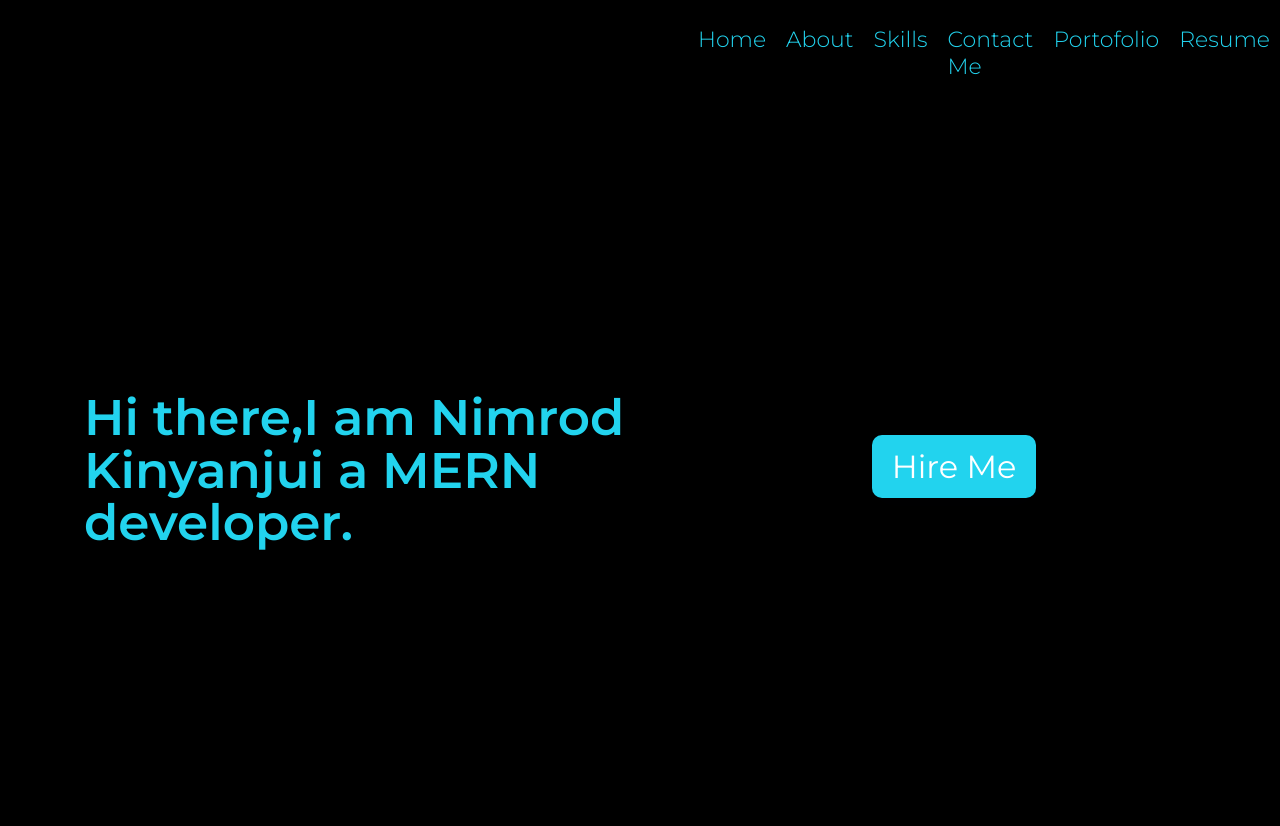
Repository: dev-nimrod009/dev-nimrod009
Page: / (app in my-own-portofolio/)
These files come from the project's save history. The page is drawn as it stood at one moment and after the next save; the edit follows.
The browser window is 1280 px wide. The pictures show the whole page.
The project was rebuilt for these pictures with package versions that can differ from the ones it lists, and the page was loaded fresh each time. Also part of the build but not shown: my-own-portofolio/vite.config.ts, my-own-portofolio/src/App.css, my-own-portofolio/src/components/headName/styles.scss, my-own-portofolio/src/components/headName/headName.tsx, my-own-portofolio/src/components/skillpage/styles.scss, my-own-portofolio/src/components/skillpage/index.tsx, my-own-portofolio/src/components/contacts/styles.scss, my-own-portofolio/src/components/contacts/index.tsx and 6 more.

Above is the page before, as saved 2025-11-24 12:21:29.

### my-own-portofolio/index.html
<!DOCTYPE html>
<html lang="en">
  <head>
    <meta charset="UTF-8" />
    <link rel="icon" type="image/svg+xml" href="/vite.svg" />
    <link rel="preconnect" href="https://fonts.googleapis.com" />
    <link rel="preconnect" href="https://fonts.gstatic.com" crossorigin />
    <link
      href="https://fonts.googleapis.com/css2?family=Montserrat:ital,wght@0,100..900;1,100..900&display=swap"
      rel="stylesheet"
    />
    <meta name="viewport" content="width=device-width, initial-scale=1.0" />
    <title>my-own-portofolio</title>
  </head>
  <body>
    <div id="root"></div>
    <script type="module" src="/src/main.tsx"></script>
  </body>
</html>

### my-own-portofolio/src/index.css
:root {

  --color-primary: #22D3EE;
  --color-secondary: #4FB4FF;
  --color-background: #000000;
  --color-text: #ffffff;
  --color-text-secondary: #eeeeee;
  --color-accent-cyan: #22D3EE;
  --button-color: #22D3EE;
  font-synthesis: none;
  text-rendering: optimizeLegibility;
  -webkit-font-smoothing: antialiased;
  -moz-osx-font-smoothing: grayscale;
}



body {
  margin: 0;
  display: flex;
  place-items: center;
  min-width: 320px;
  min-height: 100vh;
  background-color: #000000;
  font-family: "Montserrat", sans-serif;
  font-optical-sizing: auto;
  font-weight: 400;
  font-style: normal;
}

h1 {
  font-size: 3.2em;
  line-height: 1.1;
}

### my-own-portofolio/src/App.tsx
import { BrowserRouter, Routes, Route } from "react-router-dom";
import "./App.css";
import NavBar from "./components/navBar";
import Home from "./components/HomePage/index.js";
import MySkills from "./components/skillpage/index.js";
import MyContacts from "./components/contacts/index.js";
import Resume from "./components/resume/index.js";
import Portofolio from "./components/portofolio/index.js";
import AboutMe from "./components/aboutme/index.js";

function App() {
  return (
    <div className="main_app_container">
      <BrowserRouter>
        <div className="nav_app_bar">
          <NavBar />
        </div>
        <div className="container_app">
          <Routes>
            <Route path="/" element={<Home />} />
            <Route path="/skills" element={<MySkills />} />
            <Route path="/contactme" element={<MyContacts />} />
            <Route path="/resume" element={<Resume />} />
            <Route path="/portofolio" element={<Portofolio />} />
            <Route path="/about" element={<AboutMe />} />
          </Routes>
        </div>
      </BrowserRouter>
    </div>
  );
}

export default App;

### my-own-portofolio/src/components/navBar/index.tsx
import { useNavigate, Link } from "react-router-dom";
import "./styles.scss";
export default function NavBar() {
  const lists = [
    {
      name: " Home",
      path: "/",
    },
    {
      name: "About",
      path: "/about",
    },
    {
      name: "Skills",
      path: "/skills",
    },
    {
      name: "Contact Me",
      path: "/contactme",
    },
    {
      name: "Portofolio",
      path: "/portofolio",
    },
    {
      name: "Resume",
      path: "/resume",
    },
  ];

  return (
    <div className="nav_nav_nav_bar">
      <ul>
        {lists.map((items, i) => (
          <li key={i}>
            <Link to={items.path}>{items.name}</Link>
          </li>
        ))}
      </ul>
    </div>
  );
}

### my-own-portofolio/src/components/HomePage/index.tsx
import { Link } from "react-router-dom";
import "./styles.scss";
export default function MyHome() {
  return (
    <div className="main_home_div">
      <div className="right_div">
        <p> Hi there,I am Nimrod Kinyanjui a MERN developer.</p>
      </div>
      <div className="left_div">
        <Link to="/contactme">Hire Me</Link>
      </div>
    </div>
  );
}

### my-own-portofolio/src/components/navBar/styles.scss
.nav_nav_nav_bar {
    display: flex;
    position: sticky;
    top: 0;
    right: 20px;
    min-width: 100vw;

    ul {
        display: flex;
        right: 0;
        padding-left: 43rem;
        justify-items: center;


        li {
            list-style: none;
            gap: 10px;
            padding: 10px;
            outline: none;


            a {
                font-weight: 300;
                font-size: 22px;
                position: relative;
                display: inline-block;
                color: var(--color-primary);
                text-decoration: none;
                cursor: pointer;

                &::after {
                    content: '';
                    position: absolute;
                    bottom: -3px;
                    left: 0;
                    width: 0;
                    height: 3px;
                    background-color: var(--color-text);
                    transition: width 0.3s ease-out;
                }

                &:hover {
                    &::after {
                        width: 100%;
                    }

                }
            }
        }
    }
}

### my-own-portofolio/src/components/HomePage/styles.scss
.main_home_div {
    top: 0;
    min-height: 100vh;
    box-sizing: border-box;
    display: grid;
    grid-template-columns: 1fr 1fr;
    align-items: center;
    gap: 24px;
    padding: 24px;

    .right_div {
        padding: 20px 0 10px 60px;

        p {
            margin: 0;
            font-size: clamp(28px, 5.5vw, 50px);
            line-height: 1.05;
            color: var(--color-primary);
            font-weight: 600;
        }
    }

    .left_div {
        display: flex;
        justify-content: center;
        align-items: center;
        padding: 0 12px;

        a {
            text-decoration: none;
            appearance: none;
            cursor: pointer;
            padding: 12px 20px;
            font-size: clamp(18px, 2.6vw, 32px);
            border-radius: 10px;
            background-color: var(--button-color);
            color: var(--color-text, #0F172A);
            box-shadow: 0 8px 24px rgba(2, 6, 23, 0.08);
            transition: transform .12s ease, box-shadow .12s ease, opacity .12s ease;
        }

        a:hover {
            transform: translateY(-3px);
            box-shadow: 0 12px 30px rgba(2, 6, 23, 0.12);
            opacity: .98;
        }

        a:active {
            transform: translateY(-1px);
        }

        a:focus-visible {
            outline: none;
            box-shadow: 0 0 0 4px rgba(34, 211, 238, 0.12);
            border-radius: 10px;
        }
    }
}

Loaded but not shown: my-own-portofolio/src/main.tsx (common file)

After the next save:
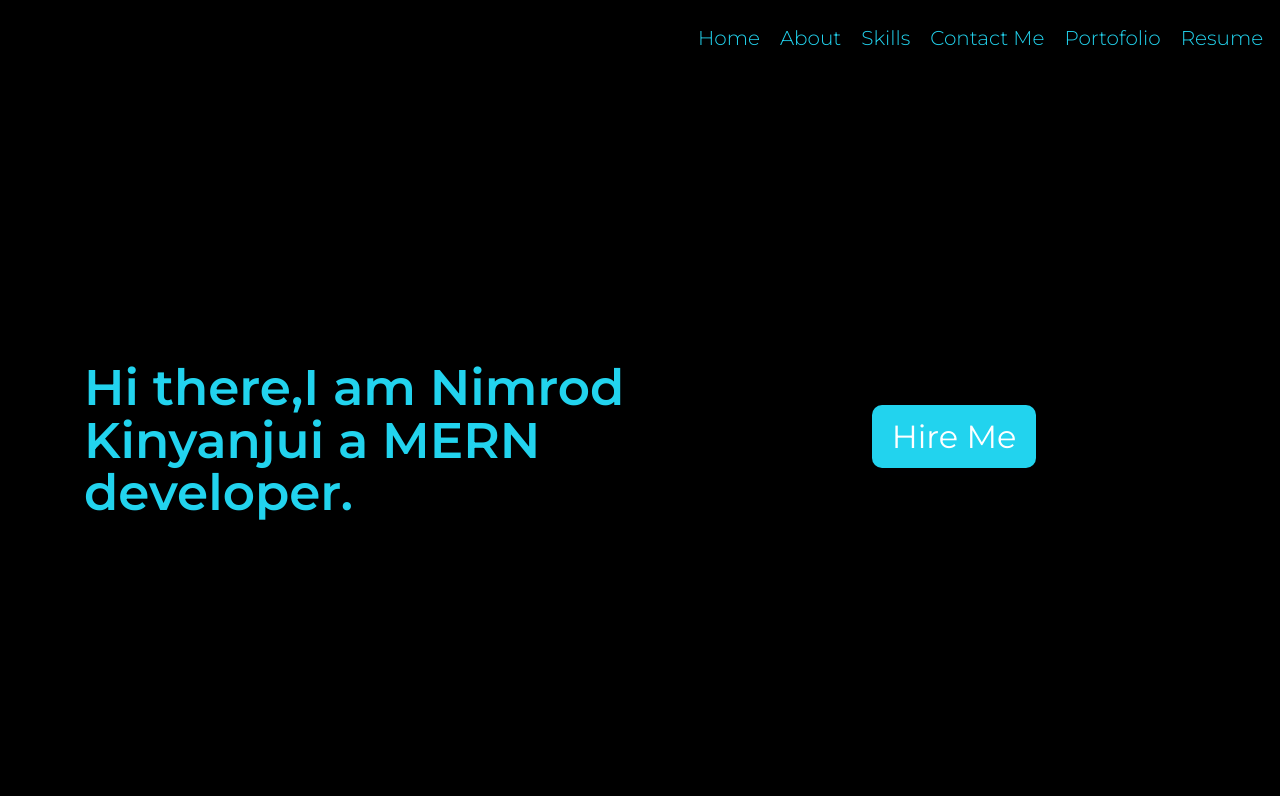
Saved 10 s later.
--- a/my-own-portofolio/src/components/navBar/styles.scss
+++ b/my-own-portofolio/src/components/navBar/styles.scss
@@ -21,7 +21,7 @@
 
             a {
                 font-weight: 300;
-                font-size: 22px;
+                font-size: 20px;
                 position: relative;
                 display: inline-block;
                 color: var(--color-primary);
